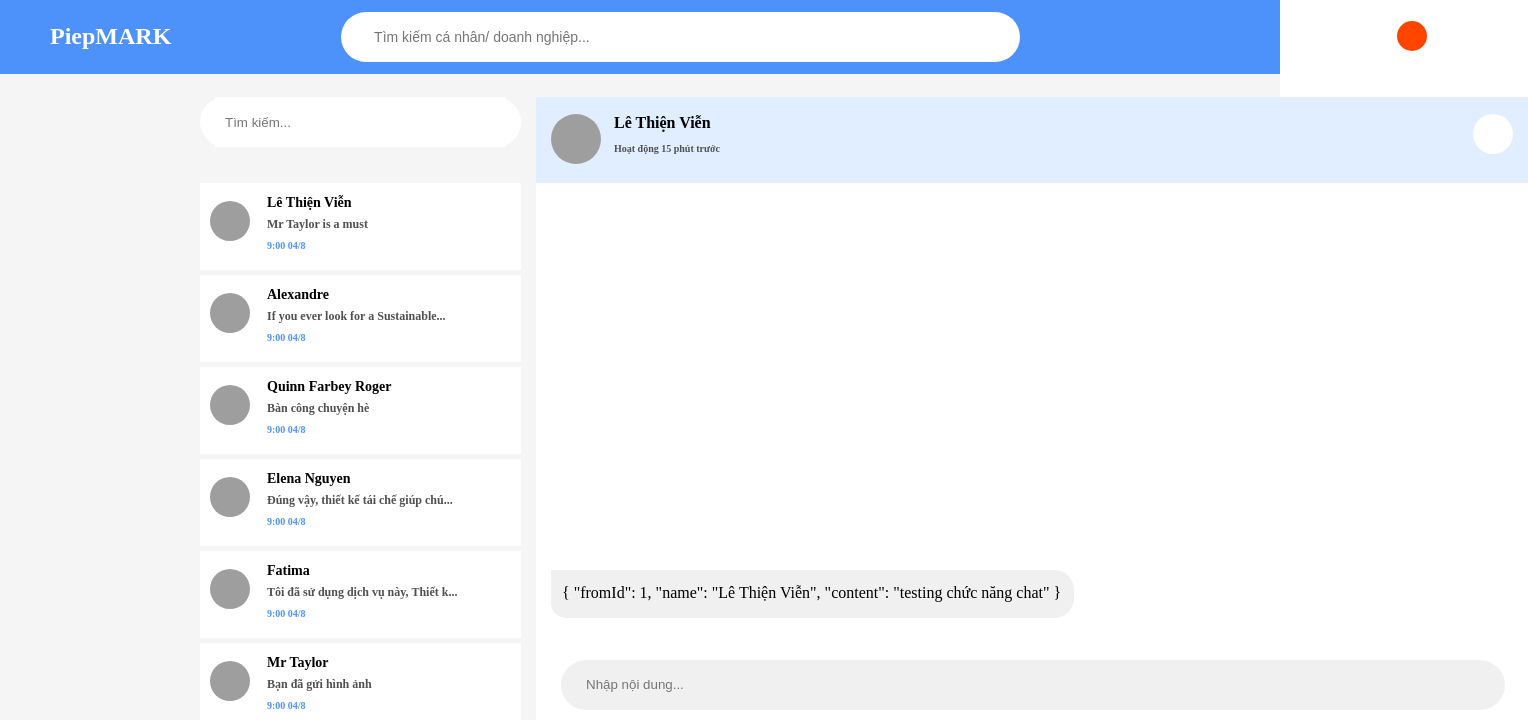
Repository: Jackietruong2805/th-c-t-p
Page: /chatbox/1 (app in vue-laravel-boilerplate/)
An editor plug-in stored every save of this project. The page is shown before and after the next save, followed by the edit.
The browser window is 1280 px wide. The page is 1528 px wide, so the pictures cover 1528 px, including what lies to the right of the window. The pictures show the whole page.
Pictures or frames that could not be fetched are drawn as grey boxes. The project was rebuilt for these pictures with package versions that can differ from the ones it lists, and the page was loaded fresh each time. Also part of the build but not shown: vue-laravel-boilerplate/vite.config.ts, vue-laravel-boilerplate/src/components/DemoComponent.vue.

Above is the page before, as saved 2022-08-26 17:01:20.

After the next save:
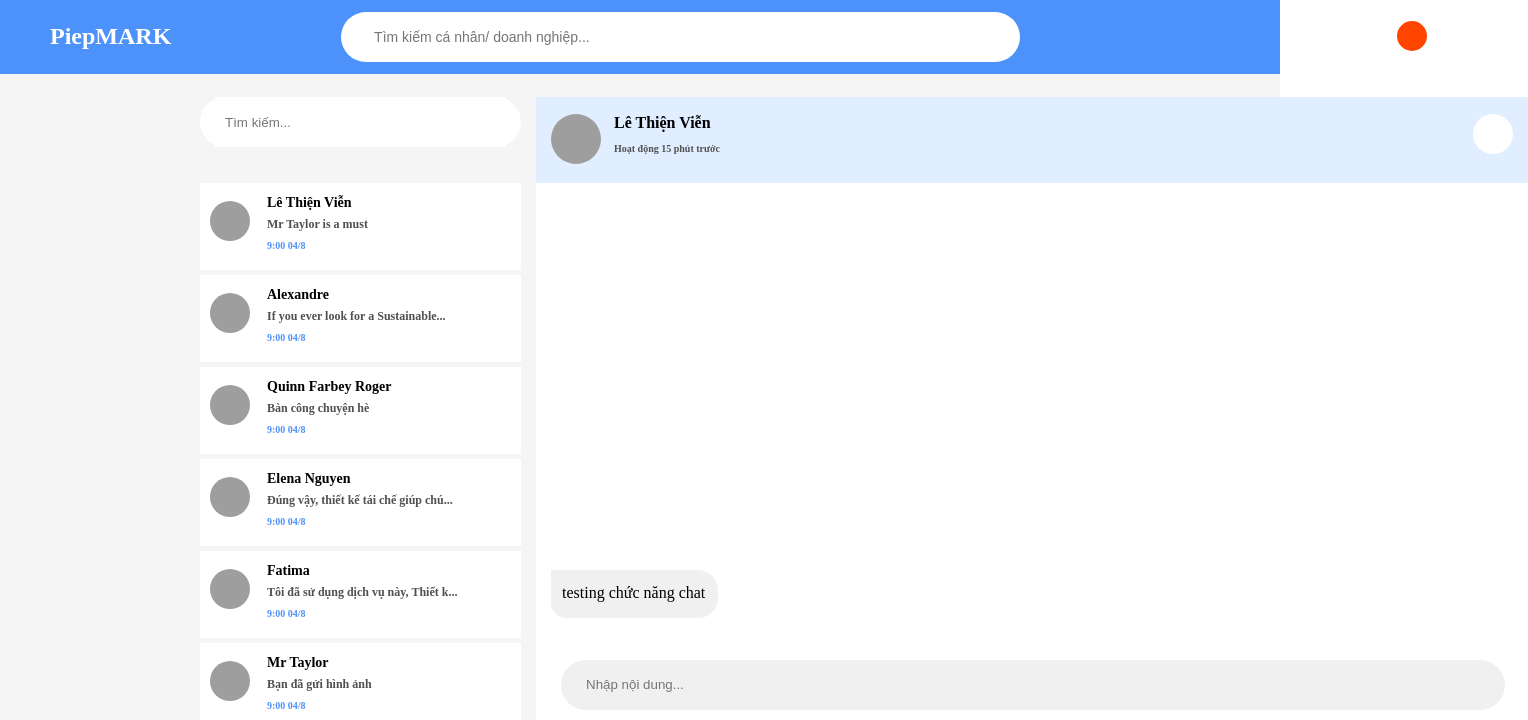
Saved 2 min 47 s later.
--- a/vue-laravel-boilerplate/src/components/ChatMessage.vue
+++ b/vue-laravel-boilerplate/src/components/ChatMessage.vue
@@ -25,5 +25,5 @@ const props = defineProps({
   },
 });
 
-let message = props.message;
+let message = props.message.content;
 </script>
